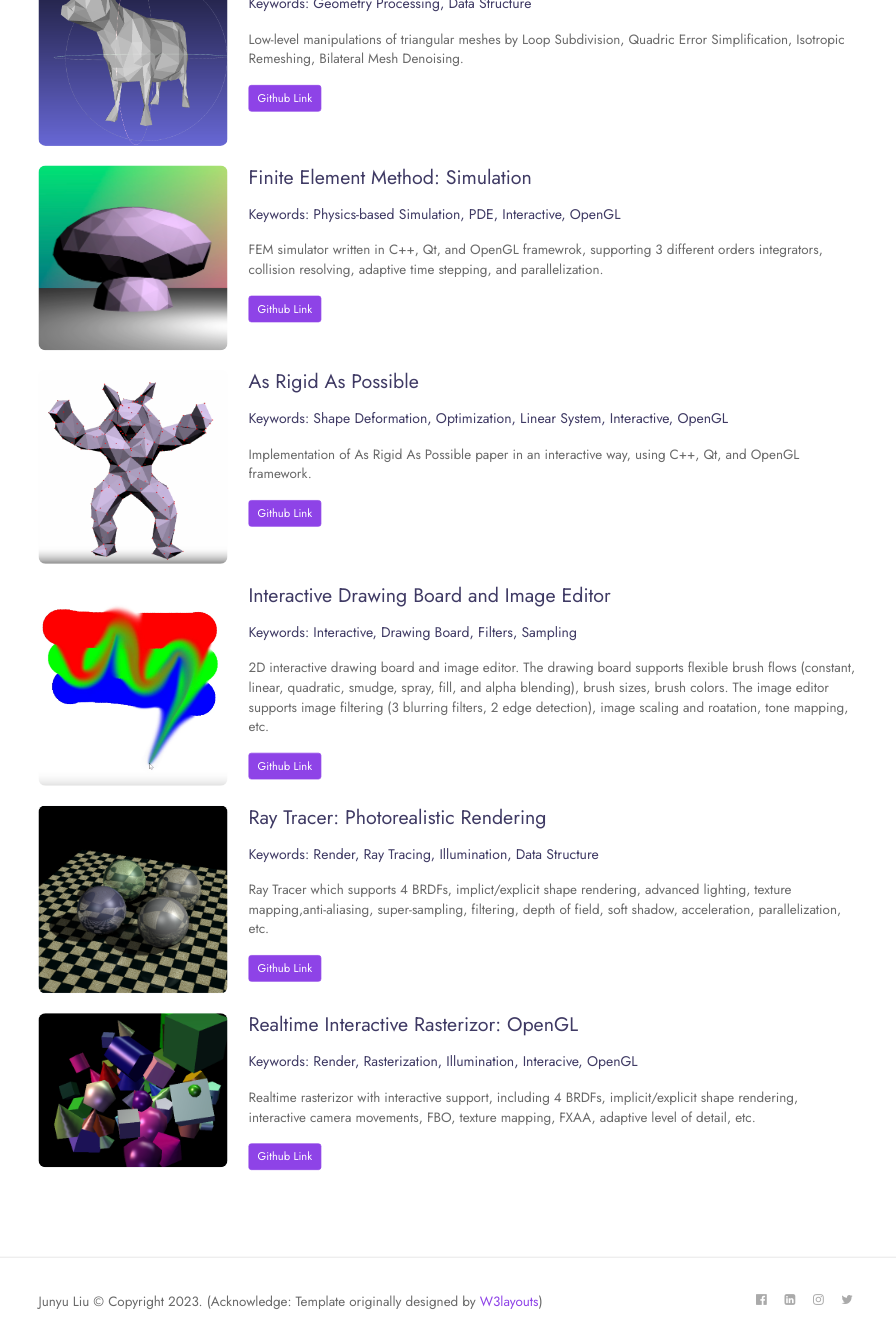
Repository: Junyu-Liu-Nate/junyu-liu-nate.github.io
Page: project.html
These files come from the project's save history. The page is drawn as it stood at one moment and after the next save; the edit follows.
The browser window is 1280 px wide. The pictures show the part of the page from y = 1069 to 2989 px (the page is 2989 px tall), at 70% of full size.

Above is the page before, as saved 2024-04-10 19:28:41.
Console error: TypeError: Cannot read properties of null (reading 'classList')

### project.html
<!--
Author: Junyu Liu
Author: W3layouts
Author URL: http://w3layouts.com
-->
<!doctype html>
<html lang="en">

<head>
  <!-- Required meta tags -->
  <meta charset="utf-8">
  <meta name="viewport" content="width=device-width, initial-scale=1, shrink-to-fit=no">

  <title>Junyu Liu - Projects</title>

  <!-- google fonts -->
  <link href="//fonts.googleapis.com/css2?family=Jost:wght@300;400;600&display=swap" rel="stylesheet">

  <!-- Template CSS -->
  <link rel="stylesheet" href="assets/css/style-starter.css">
</head>

<body>
<!-- header -->
<header id="site-header" class="fixed-top">
  <div class="container">
      <nav class="navbar navbar-expand-lg stroke">
          <a class="navbar-brand" href="index.html">
              <span class="fa fa-laptop"></span> Junyu Liu
          </a>
          <!-- if logo is image enable this
      <a class="navbar-brand" href="#index.html">
          <img src="image-path" alt="Your logo" title="Your logo" style="height:35px;" />
      </a> -->
          <button class="navbar-toggler  collapsed bg-gradient" type="button" data-toggle="collapse"
              data-target="#navbarTogglerDemo02" aria-controls="navbarTogglerDemo02" aria-expanded="false"
              aria-label="Toggle navigation">
              <span class="navbar-toggler-icon fa icon-expand fa-bars"></span>
              <span class="navbar-toggler-icon fa icon-close fa-times"></span>
              </span>
          </button>

          <div class="collapse navbar-collapse" id="navbarTogglerDemo02">
            <ul class="navbar-nav ml-auto">
                <li class="nav-item active">
                    <a class="nav-link" href="index.html">Home <span class="sr-only">(current)</span></a>
                </li>
                <li class="nav-item @@research_active">
                    <a class="nav-link" href="research.html">Research</a>
                </li>
                <li class="nav-item @@project_active">
                  <a class="nav-link" href="project.html">Project</a>
                </li>
                <li class="nav-item @@service_active">
                  <a class="nav-link" href="service.html">Service</a>
                </li>
                <li class="nav-item @@art_active">
                    <a class="nav-link" href="art.html">Art</a>
                </li>
            </ul>
        </div>
          <!-- toggle switch for light and dark theme -->
          <div class="mobile-position">
              <nav class="navigation">
                  <div class="theme-switch-wrapper">
                      <label class="theme-switch" for="checkbox">
                          <input type="checkbox" id="checkbox">
                          <div class="mode-container">
                              <i class="gg-sun"></i>
                              <i class="gg-moon"></i>
                          </div>
                      </label>
                  </div>
              </nav>
          </div>
          <!-- //toggle switch for light and dark theme -->
      </nav>
  </div>
</header>
<!-- //header -->

<!-- about breadcrumb -->
<section class="w3l-about-breadcrumb text-center">
    <div class="breadcrumb-bg breadcrumb-bg-about py-sm-5 py-4">
        <div class="container py-2">
            <h2 class="title">Code Projects</h2>
            <ul class="breadcrumbs-custom-path mt-2">
                <li><a href="index.html">Home</a></li>
                <li class="active"><span class="fa fa-arrow-right mx-2" aria-hidden="true"></span> Code Projects </li>
            </ul>
            <br>
            <h5>Selection of my implementation of papers/algorithms, tools, course projects, and all other fun implementations.</h5>
        </div>
    </div>
</section>
<!-- //about breadcrumb -->

<!-- about page about section -->
<section class="w3l-aboutblock1" id="about">
    <div class="midd-w3 py-5">
        <div class="container py-lg-5 py-md-3">
              <div class="row">
                <div class="col-lg-3">
                  <div class="position-relative">
                      <img src="assets/images/code/particle.jpg" alt="" class="radius-image img-fluid">
                  </div>
                </div>
                <div class="col-lg-9 mt-lg-0 mt-5">
                    <!-- <h5 class="title-small mb-2">Hello, I am UI/UX Designer</h5> -->
                    <h3 class="title">Realtime Interactive Particle System and Procedural Terrain Modeling</h3>
                    <br>
                    <h5>Keywords: Particle System, Procedural Modeling, Interactive, OpenGL</h5>
                    <br>
                    <p>
                      Realtime simulation for nature, which includes particle systems for snow simulation, procedural generation algorithms for terrain, physics-based dynamic systems for snow-terrain interaction, and a dynamic weather system.
                    </p>
                    <br>
                    <div>
                      <a href="https://github.com/Junyu-Liu-Nate/Realtime-Interactive-Particle-System-Procedural-Modeling-OpenGL" class="btn btn-primary">Github Link</a>
                    </div>
                </div>
            </div>

            <p><br></p>

            <div class="row">
              <div class="col-lg-3">
                <div class="position-relative">
                    <img src="assets/images/code/path_tracer.png" alt="" class="radius-image img-fluid">
                </div>
              </div>
              <div class="col-lg-9 mt-lg-0 mt-5">
                  <!-- <h5 class="title-small mb-2">Hello, I am UI/UX Designer</h5> -->
                  <h3 class="title">Path Tracer: Physics-Based Rendering</h3>
                  <br>
                  <h5>Keywords: Physics-baed Render, Path Tracing, Monte Carlo</h5>
                  <br>
                  <p>
                    Physics-based renderer using Monte Carlo sampling of path tracing, supporting 6 BRDFs, soft shadows, indirect illumination, Russian Roulette path termination, SDR/HDR tone mapping, attenuate refraction, stratified sampling, depth of field, low discrepancy sampling, BRDF importance sampling.
                  </p>
                  <br>
                  <div>
                    <a href="https://github.com/Junyu-Liu-Nate/Path-Tracer-Physics-Based-Rendering" class="btn btn-primary">Github Link</a>
                  </div>
              </div>
            </div>

            <p><br></p>

            <div class="row">
              <div class="col-lg-3">
                <div class="position-relative">
                    <img src="assets/images/code/mesh.png" alt="" class="radius-image img-fluid">
                </div>
              </div>
              <div class="col-lg-9 mt-lg-0 mt-5">
                  <!-- <h5 class="title-small mb-2">Hello, I am UI/UX Designer</h5> -->
                  <h3 class="title">Mesh Editing: Geometry Processing</h3>
                  <br>
                  <h5>Keywords: Geometry Processing, Data Structure</h5>
                  <br>
                  <p>
                    Low-level manipulations of triangular meshes by Loop Subdivision, Quadric Error Simplification, Isotropic Remeshing, Bilateral Mesh Denoising.
                  </p>
                  <br>
                  <div>
                    <a href="https://github.com/Junyu-Liu-Nate/Mesh-Editing-Geometry-Processing" class="btn btn-primary">Github Link</a>
                  </div>
              </div>
            </div>

            <p><br></p>

            <div class="row">
              <div class="col-lg-3">
                <div class="position-relative">
                    <img src="assets/images/code/fem.png" alt="" class="radius-image img-fluid">
                </div>
              </div>
              <div class="col-lg-9 mt-lg-0 mt-5">
                  <!-- <h5 class="title-small mb-2">Hello, I am UI/UX Designer</h5> -->
                  <h3 class="title">Finite Element Method: Simulation</h3>
                  <br>
                  <h5>Keywords: Physics-based Simulation, PDE, Interactive, OpenGL</h5>
                  <br>
                  <p>
                    FEM simulator written in C++, Qt, and OpenGL framewrok, supporting 3 different orders integrators, collision resolving, adaptive time stepping, and parallelization.
                  </p>
                  <br>
                  <div>
                    <a href="https://github.com/Junyu-Liu-Nate/Finite-Element-Method-Simulation" class="btn btn-primary">Github Link</a>
                  </div>
              </div>
            </div>

            <p><br></p>

            <div class="row">
              <div class="col-lg-3">
                <div class="position-relative">
                    <img src="assets/images/code/arap.png" alt="" class="radius-image img-fluid">
                </div>
              </div>
              <div class="col-lg-9 mt-lg-0 mt-5">
                  <!-- <h5 class="title-small mb-2">Hello, I am UI/UX Designer</h5> -->
                  <h3 class="title">As Rigid As Possible</h3>
                  <br>
                  <h5>Keywords: Shape Deformation, Optimization, Linear System, Interactive, OpenGL</h5>
                  <br>
                  <p>
                    Implementation of As Rigid As Possible paper in an interactive way, using C++, Qt, and OpenGL framework.
                  </p>
                  <br>
                  <div>
                    <a href="https://github.com/Junyu-Liu-Nate/As-Rigid-As-Possible" class="btn btn-primary">Github Link</a>
                  </div>
              </div>
            </div>

            <p><br></p>

            <div class="row">
              <div class="col-lg-3">
                <div class="position-relative">
                    <img src="assets/images/code/brush.png" alt="" class="radius-image img-fluid">
                </div>
              </div>
              <div class="col-lg-9 mt-lg-0 mt-5">
                  <!-- <h5 class="title-small mb-2">Hello, I am UI/UX Designer</h5> -->
                  <h3 class="title">Interactive Drawing Board and Image Editor</h3>
                  <br>
                  <h5>Keywords: Interactive, Drawing Board, Filters, Sampling</h5>
                  <br>
                  <p>
                    2D interactive drawing board and image editor. The drawing board supports flexible brush flows (constant, linear, quadratic, smudge, spray, fill, and alpha blending), brush sizes, brush colors. The image editor supports image filtering (3 blurring filters, 2 edge detection), image scaling and roatation, tone mapping, etc.
                  </p>
                  <br>
                  <div>
                    <a href="https://github.com/Junyu-Liu-Nate/Interactive-Drawing-Board-and-Image-Editor" class="btn btn-primary">Github Link</a>
                  </div>
              </div>
            </div>

            <p><br></p>

            <div class="row">
              <div class="col-lg-3">
                <div class="position-relative">
                    <img src="assets/images/code/ray_tracer.png" alt="" class="radius-image img-fluid">
                </div>
              </div>
              <div class="col-lg-9 mt-lg-0 mt-5">
                  <!-- <h5 class="title-small mb-2">Hello, I am UI/UX Designer</h5> -->
                  <h3 class="title">Ray Tracer: Photorealistic Rendering</h3>
                  <br>
                  <h5>Keywords: Render, Ray Tracing, Illumination, Data Structure</h5>
                  <br>
                  <p>
                    Ray Tracer which supports 4 BRDFs, implict/explicit shape rendering, advanced lighting, texture mapping,anti-aliasing, super-sampling, filtering, depth of field, soft shadow, acceleration, parallelization, etc.
                  </p>
                  <br>
                  <div>
                    <a href="https://github.com/Junyu-Liu-Nate/Ray-Tracer-Photorealistic-Rendering" class="btn btn-primary">Github Link</a>
                  </div>
              </div>
            </div>

            <p><br></p>

            <div class="row">
              <div class="col-lg-3">
                <div class="position-relative">
                    <img src="assets/images/code/raster.png" alt="" class="radius-image img-fluid">
                </div>
              </div>
              <div class="col-lg-9 mt-lg-0 mt-5">
                  <!-- <h5 class="title-small mb-2">Hello, I am UI/UX Designer</h5> -->
                  <h3 class="title">Realtime Interactive Rasterizor: OpenGL</h3>
                  <br>
                  <h5>Keywords: Render, Rasterization, Illumination, Interacive, OpenGL</h5>
                  <br>
                  <p>
                    Realtime rasterizor with interactive support, including 4 BRDFs, implicit/explicit shape rendering, interactive camera movements, FBO, texture mapping, FXAA, adaptive level of detail, etc.
                  </p>
                  <br>
                  <div>
                    <a href="https://github.com/Junyu-Liu-Nate/Realtime-Interactive-Rasterizor-OpenGL" class="btn btn-primary">Github Link</a>
                  </div>
              </div>
            </div>

            <p><br></p>
        </div>

    </div>
    </div>
    </div>
</section>
<!-- //about page about section -->

<!-- about page third section -->
<!-- <section class="w3l-content-6 py-5">
    <div class="content-6-mian py-lg-5 py-md-4">
        <div class="container">
            <div class="content-info-in row">
                <div class="content-gd col-lg-6">
                    <h3 class="title-big mb-4">My Research Journey</h3>
                    <p>
                      I began with several Human-Computer Interaction works, focusing on (semi-)autonomous vehicles, with an exploration in interactive toolkit designs, privacy protection techniques, and multi-modal predictions of statistics.
                      <br><br>

                      I pusue my love of Computer Graphics and dig deeper into Physics-based character animation, Geometry Processing, and Simulation. Now, my main interest is Geometry Processing and Digital Fabrication.
                    </p>
                </div>
                <div class="content-gd col-lg-4 offset-lg-1">
                    <br><br><br>
                    <h5><b>Project Topic Coverage</b></h5><br>
                    <div class="progress-info">
                        <h6 class="progress-tittle">Computer Graphics</h6>
                        <div class="progress">
                            <div class="progress-bar progress-bar-striped" role="progressbar" style="width: 36%"
                                aria-valuenow="36" aria-valuemin="0" aria-valuemax="100">
                            </div>
                        </div>
                    </div>
                    <div class="progress-info">
                        <h6 class="progress-tittle">Machine Learning
                        </h6>
                        <div class="progress">
                            <div class="progress-bar progress-bar-striped" role="progressbar" style="width: 55%"
                                aria-valuenow="55" aria-valuemin="0" aria-valuemax="100">
                            </div>
                        </div>
                    </div>
                    <div class="progress-info">
                        <h6 class="progress-tittle">Human-Computer-Interaction</h6>
                        <div class="progress">
                            <div class="progress-bar progress-bar-striped" role="progressbar" style="width: 64%"
                                aria-valuenow="64" aria-valuemin="0" aria-valuemax="100">
                            </div>
                        </div>
                    </div>
                </div>
            </div>
        </div>
    </div>
</section> -->
<!-- about page third section -->

<!-- Footer -->
<section class="w3l-footer py-sm-5 py-4">
  <div class="container">
    <div class="footer-content">
      <div class="row">
        <div class="col-lg-8 footer-left">
          <p class="m-0">Junyu Liu © Copyright 2023. (Acknowledge: Template originally designed by <a href="https://w3layouts.com">W3layouts</a>)</p>
        </div>
        <div class="col-lg-4 footer-right text-lg-right text-center mt-lg-0 mt-3">
          <ul class="social m-0 p-0">
            <li><a href="#facebook"><span class="fa fa-facebook-official"></span></a></li>
            <li><a href="#linkedin"><span class="fa fa-linkedin-square"></span></a></li>
            <li><a href="#instagram"><span class="fa fa-instagram"></span></a></li>
            <li><a href="#twitter"><span class="fa fa-twitter"></span></a></li>
          </ul>
        </div>
      </div>
    </div>
  </div>

  <!-- move top -->
  <button onclick="topFunction()" id="movetop" title="Go to top">
    <span class="fa fa-angle-up"></span>
  </button>
  <script>
    // When the user scrolls down 20px from the top of the document, show the button
    window.onscroll = function () {
      scrollFunction()
    };

    function scrollFunction() {
      if (document.body.scrollTop > 20 || document.documentElement.scrollTop > 20) {
        document.getElementById("movetop").style.display = "block";
      } else {
        document.getElementById("movetop").style.display = "none";
      }
    }

    // When the user clicks on the button, scroll to the top of the document
    function topFunction() {
      document.body.scrollTop = 0;
      document.documentElement.scrollTop = 0;
    }
  </script>
  <!-- /move top -->
</section>
<!-- //Footer -->

<!-- all js scripts and files here -->

<script src="assets/js/theme-change.js"></script><!-- theme switch js (light and dark)-->

<script src="assets/js/jquery-3.3.1.min.js"></script><!-- default jQuery -->

<!-- /typig-text-->
<script>
  const typedTextSpan = document.querySelector(".typed-text");
  const cursorSpan = document.querySelector(".cursor");

  const textArray = ["UI/UX Designer", "Freelancer", "Web developer"];
  const typingDelay = 200;
  const erasingDelay = 10;
  const newTextDelay = 100; // Delay between current and next text
  let textArrayIndex = 0;
  let charIndex = 0;

  function type() {
    if (charIndex < textArray[textArrayIndex].length) {
      if (!cursorSpan.classList.contains("typing")) cursorSpan.classList.add("typing");
      typedTextSpan.textContent += textArray[textArrayIndex].charAt(charIndex);
      charIndex++;
      setTimeout(type, typingDelay);
    } else {
      cursorSpan.classList.remove("typing");
      setTimeout(erase, newTextDelay);
    }
  }

  function erase() {
    if (charIndex > 0) {
      // add class 'typing' if there's none
      if (!cursorSpan.classList.contains("typing")) {
        cursorSpan.classList.add("typing");
      }
      typedTextSpan.textContent = textArray[textArrayIndex].substring(0, 0);
      charIndex--;
      setTimeout(erase, erasingDelay);
    } else {
      cursorSpan.classList.remove("typing");
      textArrayIndex++;
      if (textArrayIndex >= textArray.length) textArrayIndex = 0;
      setTimeout(type, typingDelay);
    }
  }

  document.addEventListener("DOMContentLoaded", function () { // On DOM Load initiate the effect
    if (textArray.length) setTimeout(type, newTextDelay + 250);
  });
</script>
<!-- //typig-text-->

<!-- services owlcarousel -->
<script src="assets/js/owl.carousel.js"></script>

<!-- script for services -->
<script>
  $(document).ready(function () {
    $('.owl-two').owlCarousel({
      loop: true,
      margin: 30,
      nav: false,
      responsiveClass: true,
      autoplay: false,
      autoplayTimeout: 5000,
      autoplaySpeed: 1000,
      autoplayHoverPause: false,
      responsive: {
        0: {
          items: 1,
          nav: false
        },
        480: {
          items: 1,
          nav: false
        },
        700: {
          items: 1,
          nav: false
        },
        1090: {
          items: 3,
          nav: false
        }
      }
    })
  })
</script>
<!-- //script for services -->

<!-- script for tesimonials carousel slider -->
<script>
  $(document).ready(function () {
    $("#owl-demo1").owlCarousel({
      loop: true,
      margin: 20,
      nav: false,
      responsiveClass: true,
      responsive: {
        0: {
          items: 1,
          nav: false
        },
        736: {
          items: 1,
          nav: false
        },
        1000: {
          items: 2,
          nav: false,
          loop: false
        }
      }
    })
  })
</script>
<!-- //script for tesimonials carousel slider -->

<!-- video popup -->
<script src="assets/js/jquery.magnific-popup.min.js"></script>
<script>
  $(document).ready(function () {
    $('.popup-with-zoom-anim').magnificPopup({
      type: 'inline',

      fixedContentPos: false,
      fixedBgPos: true,

      overflowY: 'auto',

      closeBtnInside: true,
      preloader: false,

      midClick: true,
      removalDelay: 300,
      mainClass: 'my-mfp-zoom-in'
    });

    $('.popup-with-move-anim').magnificPopup({
      type: 'inline',

      fixedContentPos: false,
      fixedBgPos: true,

      overflowY: 'auto',

      closeBtnInside: true,
      preloader: false,

      midClick: true,
      removalDelay: 300,
      mainClass: 'my-mfp-slide-bottom'
    });
  });
</script>
<!-- //video popup -->

<!-- stats number counter-->
<script src="assets/js/jquery.waypoints.min.js"></script>
<script src="assets/js/jquery.countup.js"></script>
<script>
  $('.counter').countUp();
</script>
<!-- //stats number counter -->

<!-- disable body scroll which navbar is in active -->
<script>
  $(function () {
    $('.navbar-toggler').click(function () {
      $('body').toggleClass('noscroll');
    })
  });
</script>
<!-- disable body scroll which navbar is in active -->

<!--/MENU-JS-->
<script>
  $(window).on("scroll", function () {
    var scroll = $(window).scrollTop();

    if (scroll >= 80) {
      $("#site-header").addClass("nav-fixed");
    } else {
      $("#site-header").removeClass("nav-fixed");
    }
  });

  //Main navigation Active Class Add Remove
  $(".navbar-toggler").on("click", function () {
    $("header").toggleClass("active");
  });
  $(document).on("ready", function () {
    if ($(window).width() > 991) {
      $("header").removeClass("active");
    }
    $(window).on("resize", function () {
      if ($(window).width() > 991) {
        $("header").removeClass("active");
      }
    });
  });
</script>
<!--//MENU-JS-->

<!-- bootstrap js -->
<script src="assets/js/bootstrap.min.js"></script>

</body>

</html>

Loaded but not shown: assets/css/style-starter.css (library); assets/js/theme-change.js (common file); assets/js/jquery-3.3.1.min.js (library); assets/js/owl.carousel.js (library); assets/js/jquery.magnific-popup.min.js (library); assets/js/jquery.waypoints.min.js (library); assets/js/jquery.countup.js (common file); assets/js/bootstrap.min.js (library)

After the next save:
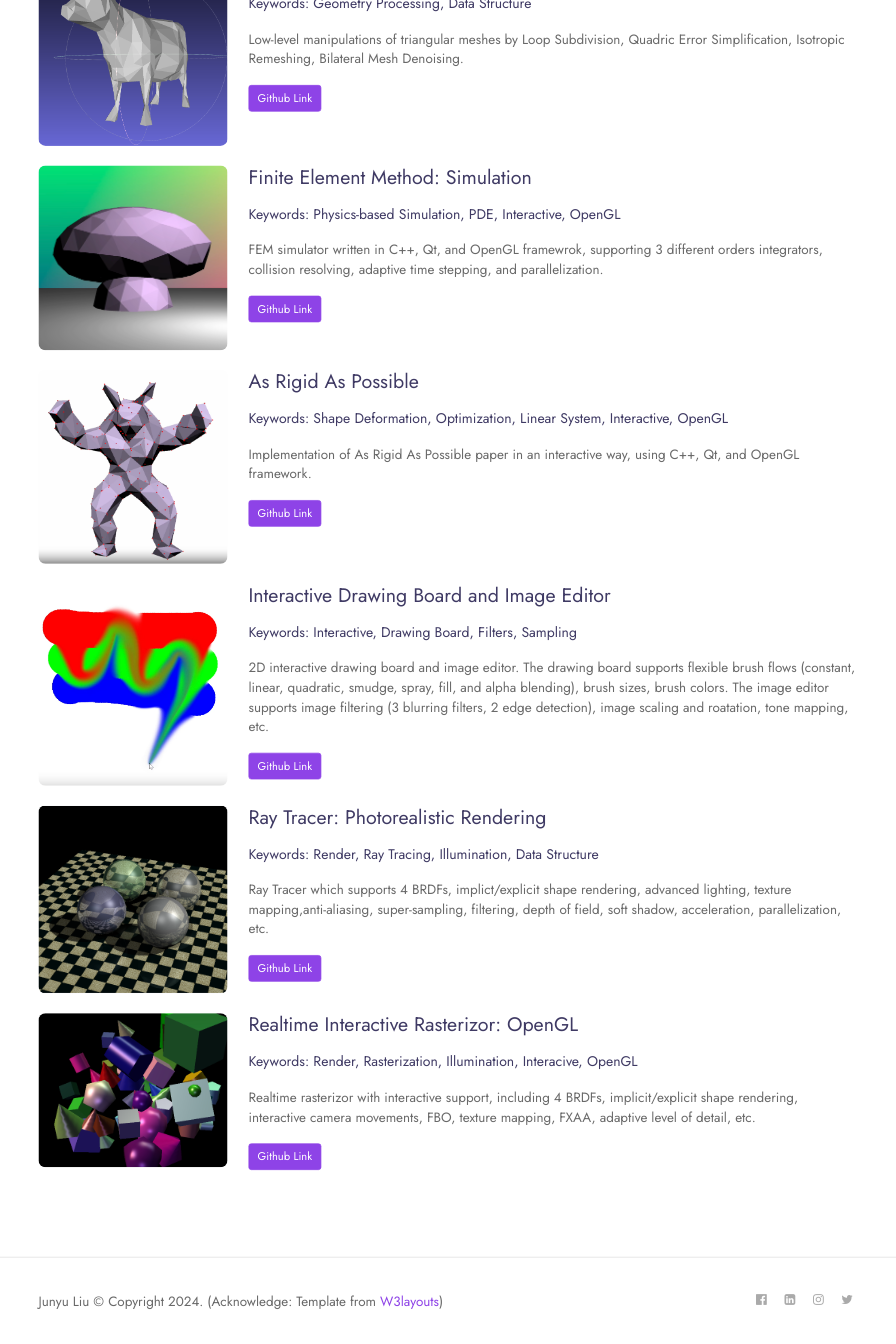
Saved 7 s later.
--- a/project.html
+++ b/project.html
@@ -353,7 +353,7 @@ Author URL: http://w3layouts.com
     <div class="footer-content">
       <div class="row">
         <div class="col-lg-8 footer-left">
-          <p class="m-0">Junyu Liu © Copyright 2023. (Acknowledge: Template originally designed by <a href="https://w3layouts.com">W3layouts</a>)</p>
+          <p class="m-0">Junyu Liu © Copyright 2024. (Acknowledge: Template from <a href="https://w3layouts.com">W3layouts</a>)</p>
         </div>
         <div class="col-lg-4 footer-right text-lg-right text-center mt-lg-0 mt-3">
           <ul class="social m-0 p-0">
